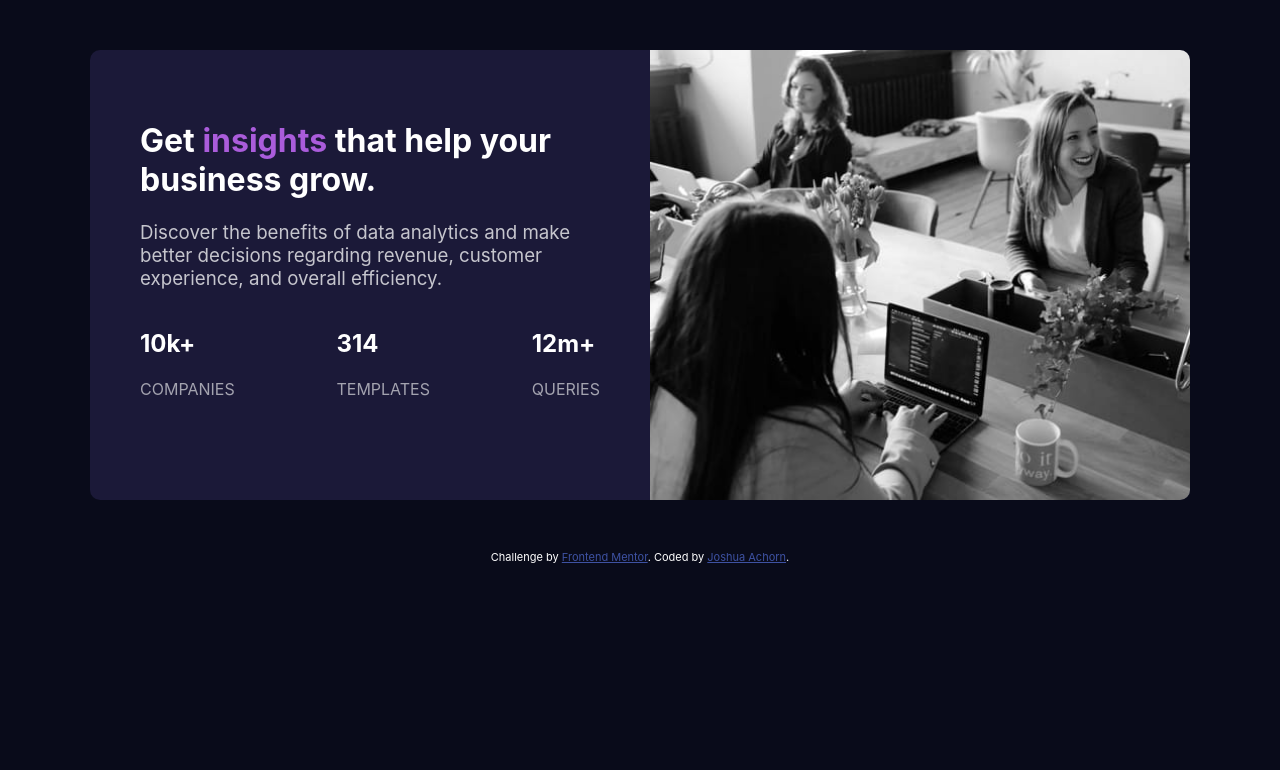
Repository: Achorn/stats-preview-card
Page: index.html
An editor plug-in stored every save of this project. The page is shown before and after the next save, followed by the edit.
The browser window is 1280 px wide. The pictures show the whole page.
Some web fonts or font styles are not loaded; a fallback is used.

Above is the page before, as saved 2021-06-17 10:32:33.

After the next save:
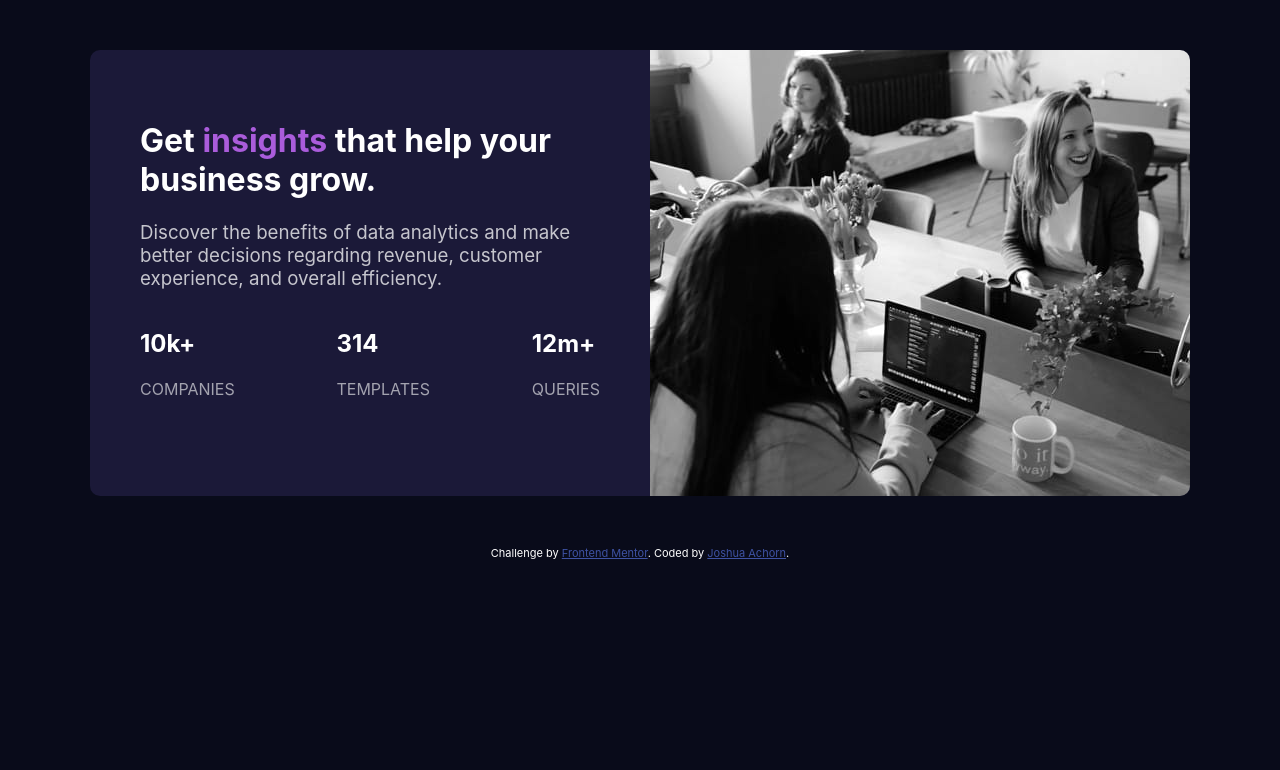
Saved 53 s later.
--- a/index.html
+++ b/index.html
@@ -60,9 +60,9 @@
           </div>
         </div>
       </div>
-      <div id="img-container">
-        <img id="stat-image" src="./images/image-header-desktop.jpg" alt="" />
-      </div>
+      <!-- <div id="img-container"> -->
+      <img id="stat-image" src="./images/image-header-desktop.jpg" alt="" />
+      <!-- </div> -->
     </div>
     <div style="color: white; margin-top: 50px" class="attribution">
       Challenge by

After the save that followed:
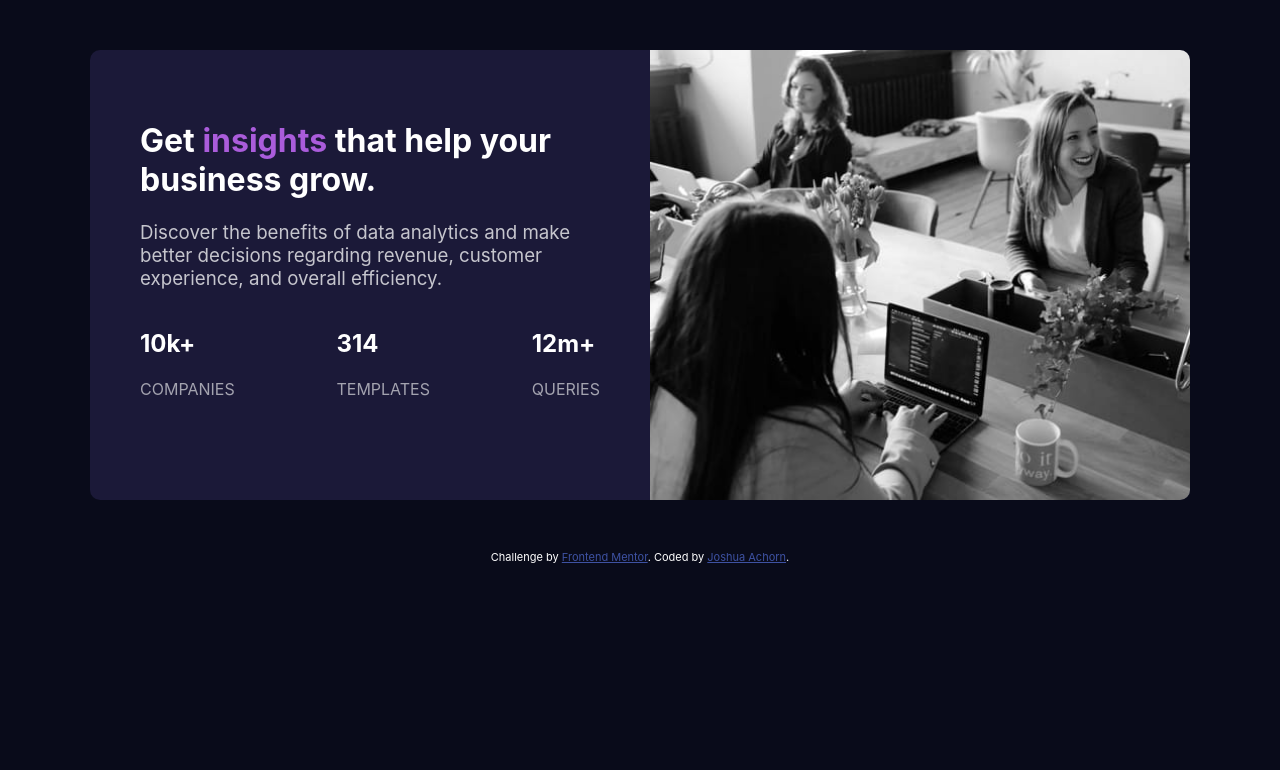
Saved 16 s later.
--- a/index.html
+++ b/index.html
@@ -60,9 +60,9 @@
           </div>
         </div>
       </div>
-      <!-- <div id="img-container"> -->
-      <img id="stat-image" src="./images/image-header-desktop.jpg" alt="" />
-      <!-- </div> -->
+      <div id="img-container">
+        <img id="stat-image" src="./images/image-header-desktop.jpg" alt="" />
+      </div>
     </div>
     <div style="color: white; margin-top: 50px" class="attribution">
       Challenge by
